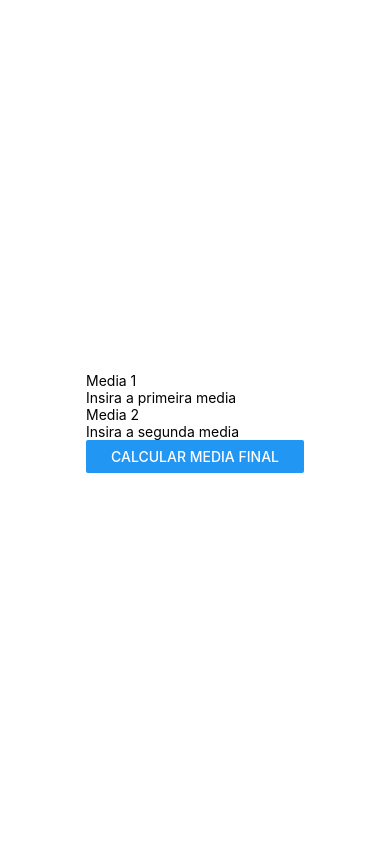
Repository: brksaian/Desenvolvimento_Mobile
Screen: / (app in Trabalhos/calculadoraMedia/)
The author's editor kept a copy of each file at every save. The screen is drawn from the files as they stood at one save, then again after the next save.
The app was drawn by React Native's web renderer in a window 390 px wide. The project was rebuilt for these pictures with package versions that can differ from the ones it lists, and the page was loaded fresh each time. Some packages were replaced by stand-ins written for this rebuild.

Above is the screen before, as saved 2023-08-28 13:36:37.

After the next save:
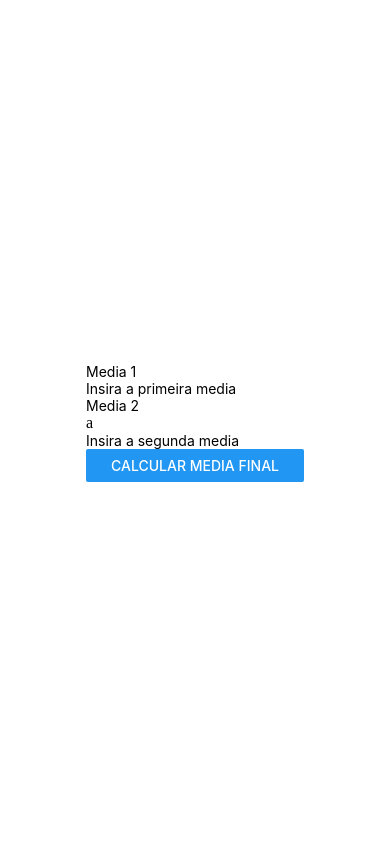
Saved 14 s later.
--- a/Trabalhos/calculadoraMedia/src/components/title/index.js
+++ b/Trabalhos/calculadoraMedia/src/components/title/index.js
@@ -38,7 +38,7 @@ export default function Form() {
         placeholder="Insira a primeira media"
         onChangeText={setMedia_1}
       />
-      <Text>Media 2</Text>
+      <Text>Media 2</Text>a
       <TextInput
         value={media_2}
         keyboardType="numeric"
